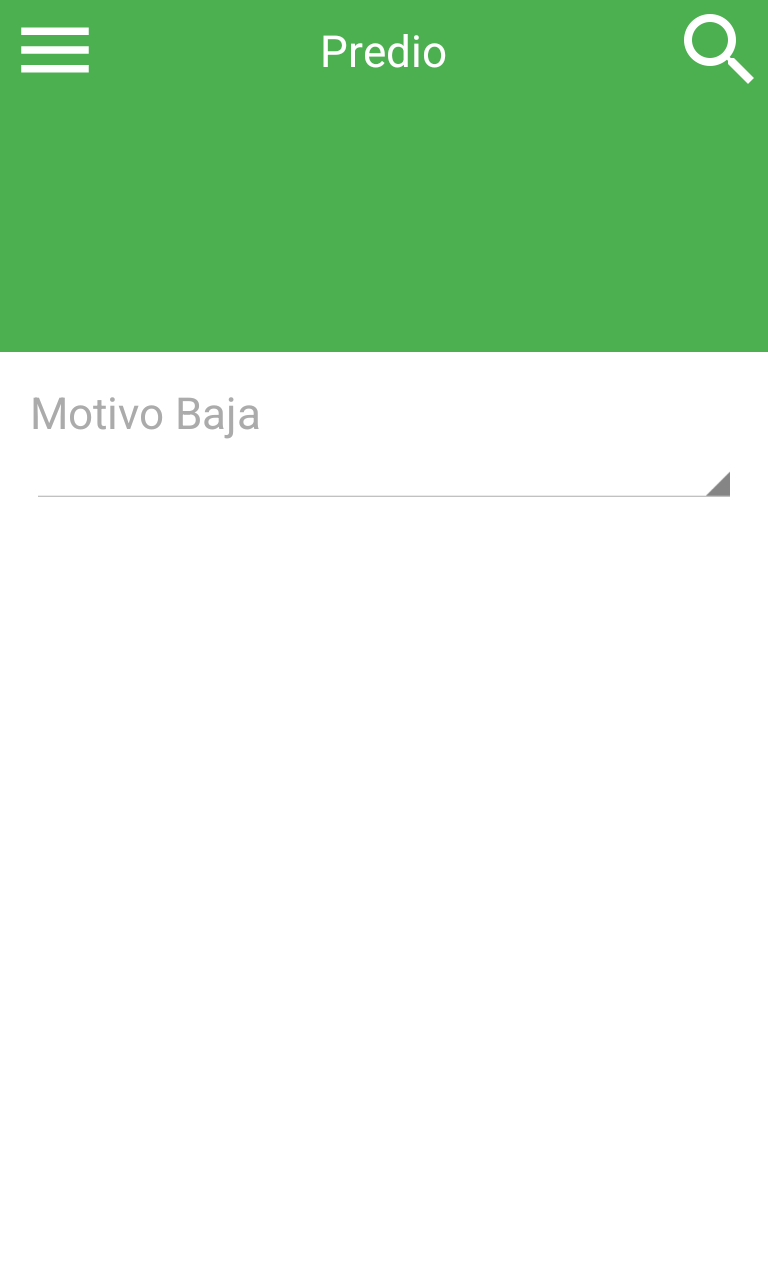
Repository: danielctf/Chilterra
Layout: Proyectos/Animales/res/layout/activity_baja_ganado.xml
An editor plug-in stored every save of this project. The layout is shown before and after the next save, followed by the edit.
It is drawn on a 768 x 1280 px phone screen (xhdpi) without system bars, with theme AppTheme; the app's code is not run.

Above is the layout before, as saved 2015-10-09 16:07:16.

After the next save:
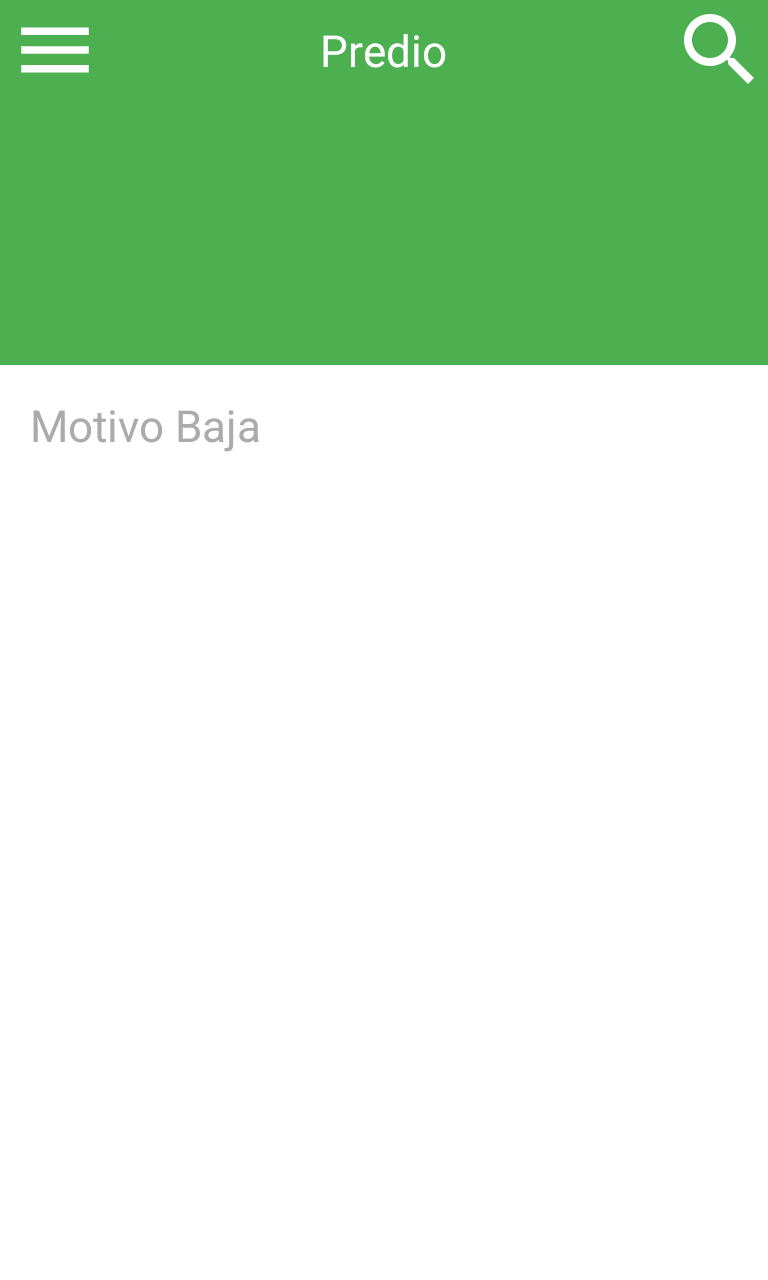
Saved 20 s later.
--- a/Proyectos/Animales/res/layout/activity_baja_ganado.xml
+++ b/Proyectos/Animales/res/layout/activity_baja_ganado.xml
@@ -80,7 +80,7 @@
             android:layout_height="wrap_content"
             android:layout_alignLeft="@+id/textView1"
             android:layout_marginRight="15dp"
-            android:spinnerMode="dropdown"
+            android:background="shape_drop_down_normal"
             android:layout_below="@+id/textView1" />
 
     </RelativeLayout>
